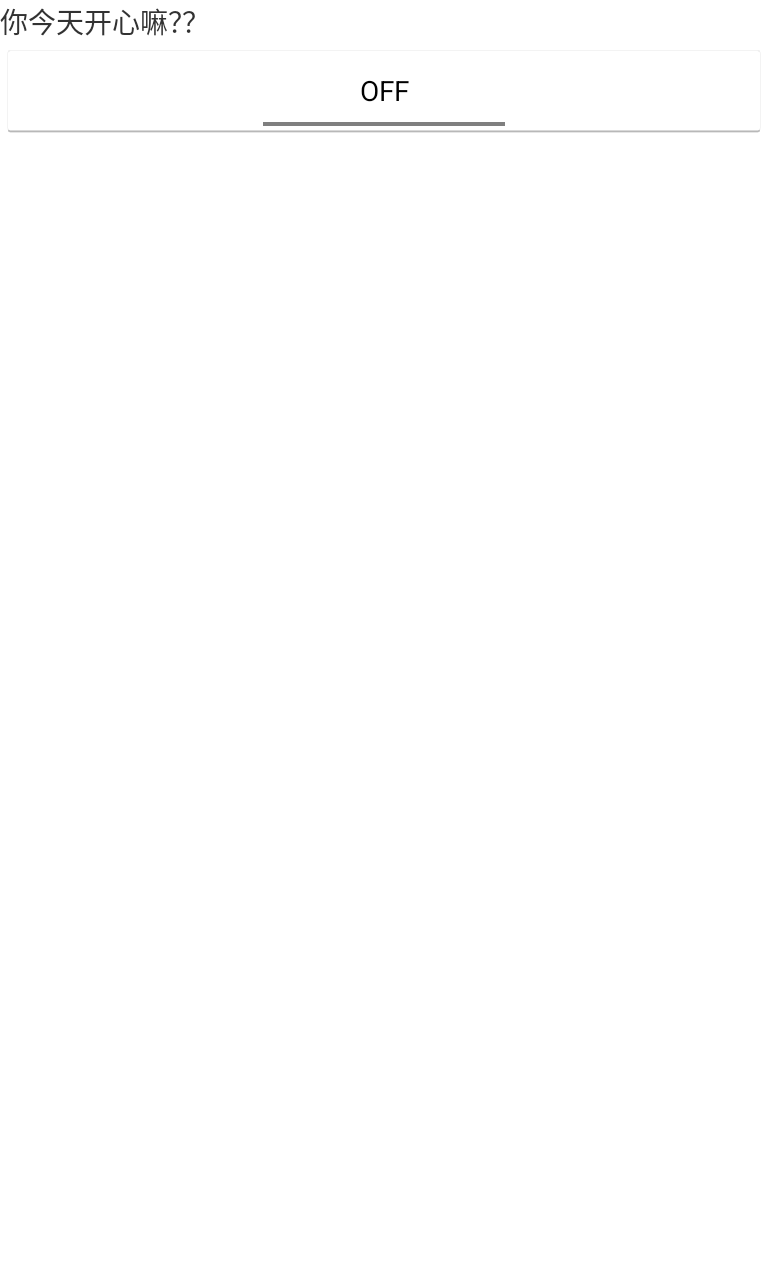
Repository: ling-cen/demo
Layout: UI_ToggleButton/res/layout/toggle_layout.xml
An editor plug-in stored every save of this project. The layout is shown before and after the next save, followed by the edit.
It is drawn on a 768 x 1280 px phone screen (xhdpi) without system bars, with theme AppTheme; the app's code is not run.

Above is the layout before, as saved 2018-12-13 11:01:59.

After the next save:
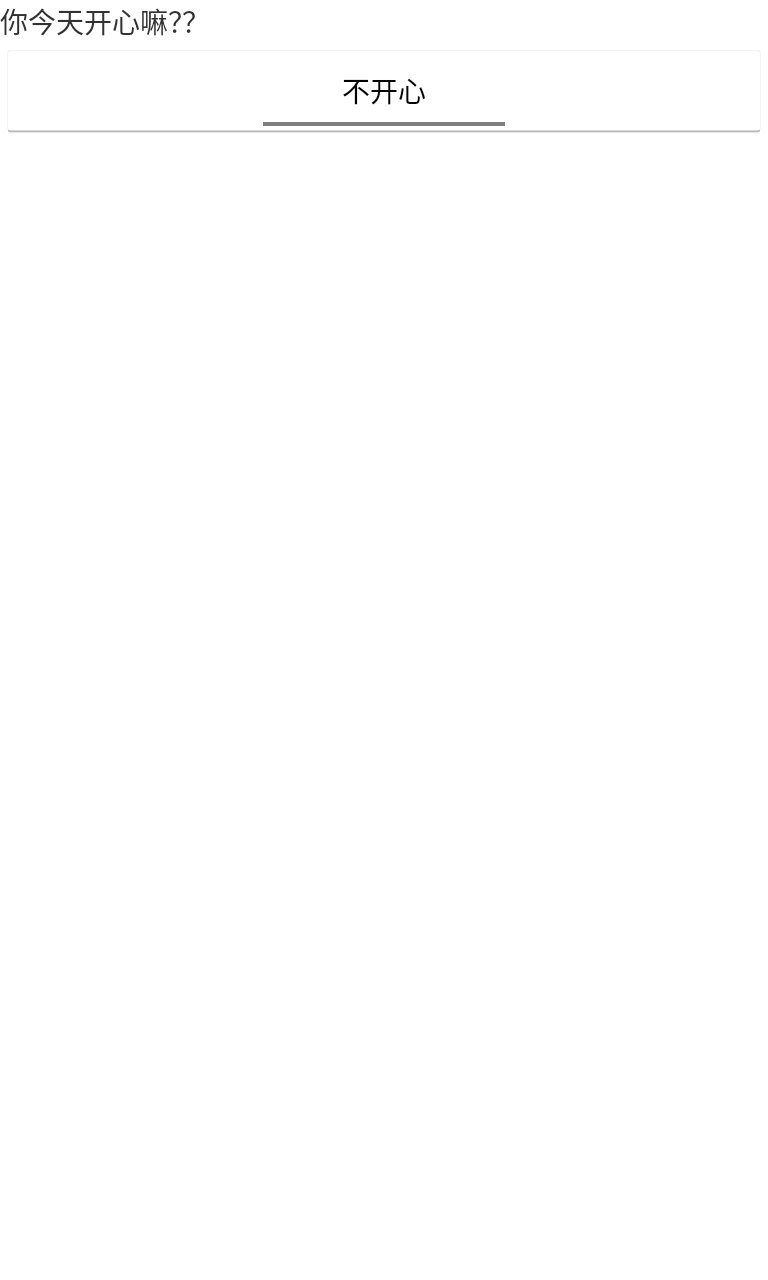
Saved 37 s later.
--- a/UI_ToggleButton/res/layout/toggle_layout.xml
+++ b/UI_ToggleButton/res/layout/toggle_layout.xml
@@ -13,6 +13,8 @@
     <ToggleButton
         android:id="@+id/togle_button"
         android:layout_width="match_parent"
+        android:textOff="不开心"
+        android:textOn="开心"
         android:layout_height="wrap_content" />
 
 </LinearLayout>
